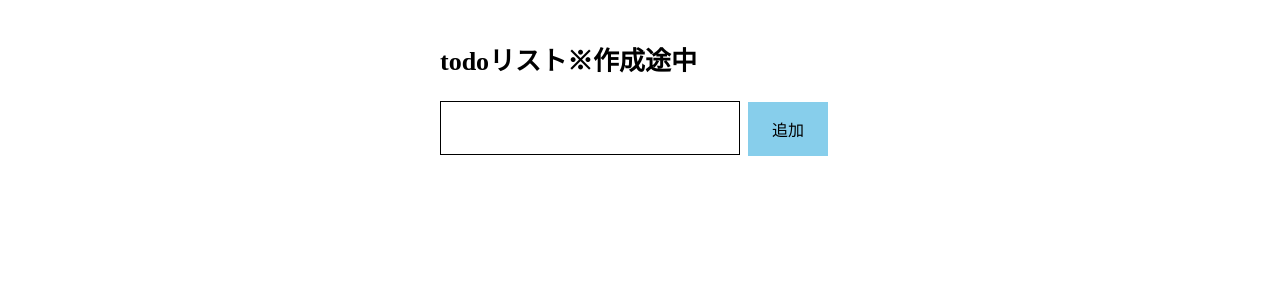
Repository: FujieRyou/react_practice
Page: /
The author's editor kept a copy of each file at every save. The page is drawn from the files as they stood at one save, then again after the next save.
The browser window is 1280 px wide. The pictures show the whole page.
The project was rebuilt for these pictures with package versions that can differ from the ones it lists, and the page was loaded fresh each time. Also part of the build but not shown: vite.config.js, src/components/testComponent.jsx, src/components/countUp.jsx, src/components/switchFlag.jsx, src/components/props1.jsx, src/components/profile.jsx, src/components/ivent.jsx.

Above is the page before, as saved 2023-01-19 04:09:04.

### src/App.jsx
import { useEffect } from "react"
import { useRef } from "react"
import { useState } from "react"
import TestComponent from "./components/testComponent"
import styles from "./scss/style.scss"
import Todolist from "./components/todoComponent"
import CountUp from "./components/countUp"
import SwitchFlag from "./components/switchFlag"
import PropsPractice from "./components/props1"
import Profile from "./components/profile"
import ChangeIvent from "./components/ivent"
import InputInterlocking from "./components/inputInterlocking"


const App = () =>{
  const profileInfo = [
    {name:"Takasi",age:20,from:"大阪"},
    {name:"Hirosi",age:19,from:"東京"},
    {name:"Musasi",age:21,from:"名古屋"},
]


  return(
    <div>
      {/* todolist作成中 */}
      <Todolist />

      {/* 押すたびにcountがupする(useState練習) */}
      {/* < CountUp /> */}

      {/* 押すたびにON,OFFがきりかわる(useState練習) */}
      {/* <SwitchFlag /> */}

    {/* props練習 */}
    {/* <PropsPractice color="red"/>
    <PropsPractice num={123}/> */}

    {/* <Profile
      name={profileInfo[0].name}
      age={profileInfo[0].age}
      from={profileInfo[0].from}
    />

    <Profile
      {...profileInfo[1]}
    />

    <Profile/>

    <ChangeIvent /> */}

    </div>






  )
}


export default App

### src/scss/style.scss
@forward "_ress";

input{
    border: solid 1px black;
    width: 200px;
    height: 32px;
}

.btn{
    width: 56px;
    height: 32px;
    background-color: aquamarine;
}

.list{
    width: 200px;
    height: 100px;
    background-color: tomato;
    border: solid 1px skyblue;
    padding: 10px 12px;
    list-style-type: none;
}

.component{
    width: 200px;
    height: 150px;
    border: solid 5px green;
    color: green;
}
.component.red{
    width: 200px;
    height: 150px;
    border: solid 5px red;
    color: red;
}

.mouseInOut{
    width: 200px;
    height: 200px;
    background-color: aquamarine;
    margin-top: 20px;
}

.todoWrap{
    width: 400px;
    height: auto;
    margin: 0 auto;
    padding-top: 40px;
    h2{
        font-size: 26px;
    }
}

.addBtn{
    width: 80px;
    height: 54px;
    background-color: skyblue;
    margin-left: 8px;
}

.txtArea{
    width: 300px;
    height: 54px;
    margin-top: 24px;
    font-size: 24px;
}

### src/components/todoComponent.jsx
import style from "../scss/style.scss"
import { useState } from "react";

const Todolist = () =>{
    const [val, setVal] = useState();

    return(
        <div className="todoWrap">
            <h2>todoリスト※作成途中</h2>
            <input type="text" id="txtArea" className="txtArea" />
            <button type="button" id="addBtn" className="addBtn">追加</button>
            <div id="listWrap">
            </div>
        </div>
    )
}

export default Todolist;

### src/scss/_ress.scss
/*!
 * ress.css • v4.0.0
 * MIT License
 * github.com/filipelinhares/ress
 */

/* # =================================================================
   # Global selectors
   # ================================================================= */

   html {
    box-sizing: border-box;
    -webkit-text-size-adjust: 100%; /* Prevent adjustments of font size after orientation changes in iOS */
    word-break: normal;
    -moz-tab-size: 4;
    tab-size: 4;
  }

  *,
  ::before,
  ::after {
    background-repeat: no-repeat; /* Set `background-repeat: no-repeat` to all elements and pseudo elements */
    box-sizing: inherit;
  }

  ::before,
  ::after {
    text-decoration: inherit; /* Inherit text-decoration and vertical align to ::before and ::after pseudo elements */
    vertical-align: inherit;
  }

  * {
    padding: 0; /* Reset `padding` and `margin` of all elements */
    margin: 0;
  }

  /* # =================================================================
     # General elements
     # ================================================================= */

  hr {
    overflow: visible; /* Show the overflow in Edge and IE */
    height: 0; /* Add the correct box sizing in Firefox */
    color: inherit; /* Correct border color in Firefox. */
  }

  details,
  main {
    display: block; /* Render the `main` element consistently in IE. */
  }

  summary {
    display: list-item; /* Add the correct display in all browsers */
  }

  small {
    font-size: 80%; /* Set font-size to 80% in `small` elements */
  }

  [hidden] {
    display: none; /* Add the correct display in IE */
  }

  abbr[title] {
    border-bottom: none; /* Remove the bottom border in Chrome 57 */
    /* Add the correct text decoration in Chrome, Edge, IE, Opera, and Safari */
    text-decoration: underline;
    text-decoration: underline dotted;
  }

  a {
    background-color: transparent; /* Remove the gray background on active links in IE 10 */
  }

  a:active,
  a:hover {
    outline-width: 0; /* Remove the outline when hovering in all browsers */
  }

  code,
  kbd,
  pre,
  samp {
    font-family: monospace, monospace; /* Specify the font family of code elements */
  }

  pre {
    font-size: 1em; /* Correct the odd `em` font sizing in all browsers */
  }

  b,
  strong {
    font-weight: bolder; /* Add the correct font weight in Chrome, Edge, and Safari */
  }

  /* https://gist.github.com/unruthless/413930 */
  sub,
  sup {
    font-size: 75%;
    line-height: 0;
    position: relative;
    vertical-align: baseline;
  }

  sub {
    bottom: -0.25em;
  }

  sup {
    top: -0.5em;
  }

  table {
    border-color: inherit; /* Correct border color in all Chrome, Edge, and Safari. */
    text-indent: 0; /* Remove text indentation in Chrome, Edge, and Safari */
  }

  /* # =================================================================
     # Forms
     # ================================================================= */

  input {
    border-radius: 0;
  }

  /* Replace pointer cursor in disabled elements */
  [disabled] {
    cursor: default;
  }

  [type='number']::-webkit-inner-spin-button,
  [type='number']::-webkit-outer-spin-button {
    height: auto; /* Correct the cursor style of increment and decrement buttons in Chrome */
  }

  [type='search'] {
    -webkit-appearance: textfield; /* Correct the odd appearance in Chrome and Safari */
    outline-offset: -2px; /* Correct the outline style in Safari */
  }

  [type='search']::-webkit-search-decoration {
    -webkit-appearance: none; /* Remove the inner padding in Chrome and Safari on macOS */
  }

  textarea {
    overflow: auto; /* Internet Explorer 11+ */
    resize: vertical; /* Specify textarea resizability */
  }

  button,
  input,
  optgroup,
  select,
  textarea {
    font: inherit; /* Specify font inheritance of form elements */
  }

  optgroup {
    font-weight: bold; /* Restore the font weight unset by the previous rule */
  }

  button {
    overflow: visible; /* Address `overflow` set to `hidden` in IE 8/9/10/11 */
  }

  button,
  select {
    text-transform: none; /* Firefox 40+, Internet Explorer 11- */
  }

  /* Apply cursor pointer to button elements */
  button,
  [type='button'],
  [type='reset'],
  [type='submit'],
  [role='button'] {
    cursor: pointer;
    color: inherit;
  }

  /* Remove inner padding and border in Firefox 4+ */
  button::-moz-focus-inner,
  [type='button']::-moz-focus-inner,
  [type='reset']::-moz-focus-inner,
  [type='submit']::-moz-focus-inner {
    border-style: none;
    padding: 0;
  }

  /* Replace focus style removed in the border reset above */
  button:-moz-focusring,
  [type='button']::-moz-focus-inner,
  [type='reset']::-moz-focus-inner,
  [type='submit']::-moz-focus-inner {
    outline: 1px dotted ButtonText;
  }

  button,
  html [type='button'], /* Prevent a WebKit bug where (2) destroys native `audio` and `video`controls in Android 4 */
  [type='reset'],
  [type='submit'] {
    -webkit-appearance: button; /* Correct the inability to style clickable types in iOS */
  }

  /* Remove the default button styling in all browsers */
  button,
  input,
  select,
  textarea {
    background-color: transparent;
    border-style: none;
  }

  a:focus,
  button:focus,
  input:focus,
  select:focus,
  textarea:focus {
    outline-width: 0;
  }

  /* Style select like a standard input */
  select {
    -moz-appearance: none; /* Firefox 36+ */
    -webkit-appearance: none; /* Chrome 41+ */
  }

  select::-ms-expand {
    display: none; /* Internet Explorer 11+ */
  }

  select::-ms-value {
    color: currentColor; /* Internet Explorer 11+ */
  }

  legend {
    border: 0; /* Correct `color` not being inherited in IE 8/9/10/11 */
    color: inherit; /* Correct the color inheritance from `fieldset` elements in IE */
    display: table; /* Correct the text wrapping in Edge and IE */
    max-width: 100%; /* Correct the text wrapping in Edge and IE */
    white-space: normal; /* Correct the text wrapping in Edge and IE */
    max-width: 100%; /* Correct the text wrapping in Edge 18- and IE */
  }

  ::-webkit-file-upload-button {
    /* Correct the inability to style clickable types in iOS and Safari */
    -webkit-appearance: button;
    color: inherit;
    font: inherit; /* Change font properties to `inherit` in Chrome and Safari */
  }

  /* # =================================================================
     # Specify media element style
     # ================================================================= */

  img {
    border-style: none; /* Remove border when inside `a` element in IE 8/9/10 */
  }

  /* Add the correct vertical alignment in Chrome, Firefox, and Opera */
  progress {
    vertical-align: baseline;
  }

  /* # =================================================================
     # Accessibility
     # ================================================================= */

  /* Specify the progress cursor of updating elements */
  [aria-busy='true'] {
    cursor: progress;
  }

  /* Specify the pointer cursor of trigger elements */
  [aria-controls] {
    cursor: pointer;
  }

  /* Specify the unstyled cursor of disabled, not-editable, or otherwise inoperable elements */
  [aria-disabled='true'] {
    cursor: default;
  }

### src/components/inputInterlocking.jsx
const InputInterlocking = () =>{
    return(
        <div>
            <p>名前{}</p>
            <input type="text" onChange={(e)=>{
                console.log(e.target.value);
            }}/>

            <p>年齢{}</p>
            <input type="text" />
        </div>
    )
}

export default InputInterlocking

Loaded but not shown: index.html (common file); src/main.jsx (common file)

After the next save:
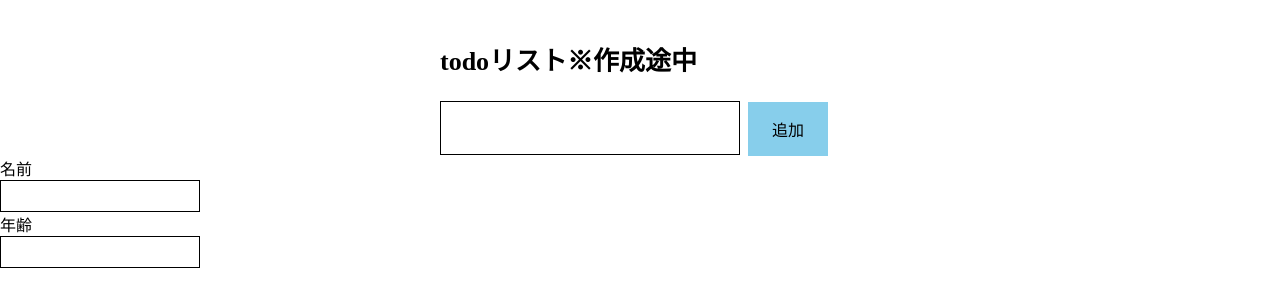
Saved 29 s later.
--- a/src/App.jsx
+++ b/src/App.jsx
@@ -49,6 +49,8 @@ const App = () =>{
 
     <ChangeIvent /> */}
 
+    <InputInterlocking />
+
     </div>
 
 
